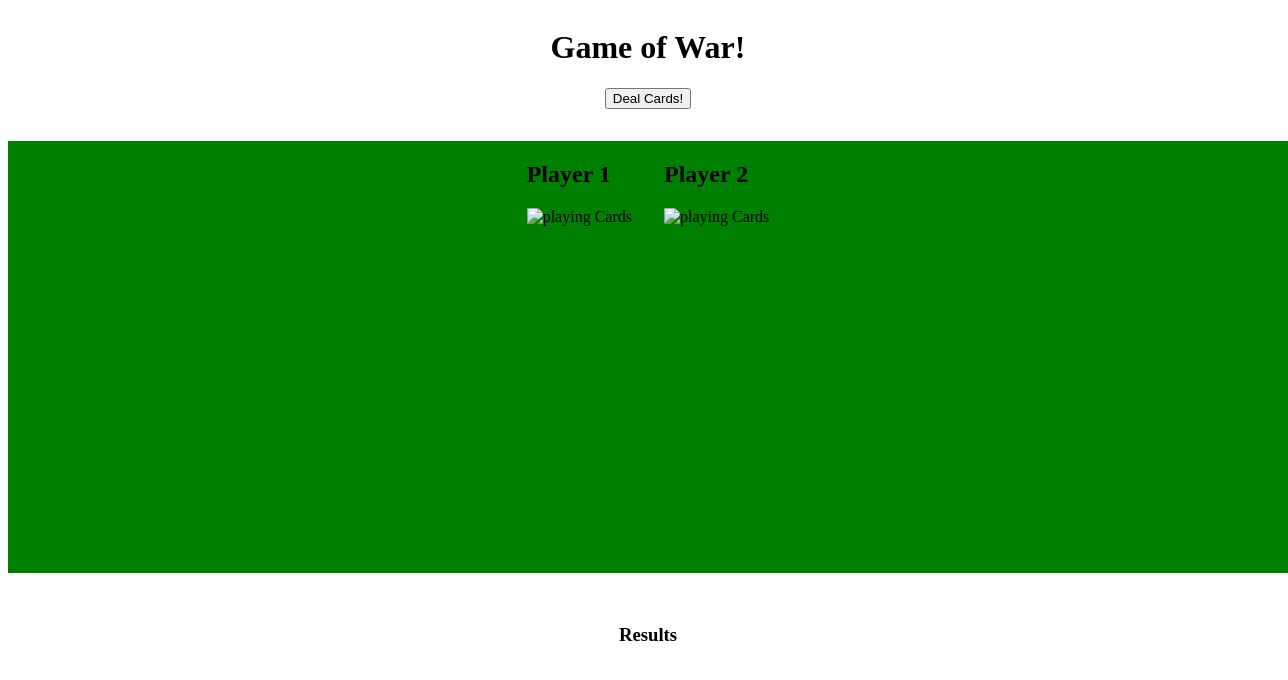
Repository: barroso2223/cakeByG
Page: index.html
An editor plug-in stored every save of this project. The page is shown before and after the next save, followed by the edit.
The browser window is 1280 px wide. The page is 1288 px wide, so the pictures cover 1288 px, including what lies to the right of the window. The pictures show the whole page.

Above is the page before, as saved 2024-10-11 15:21:30.

### index.html
<!DOCTYPE html>
<html lang="en">
<head>
    <meta charset="UTF-8">
    <meta name="viewport" content="width=device-width, initial-scale=1.0">
    <title>Game of War</title>
    <link rel="stylesheet" href="style.css">
</head>
<body>

    <h1>Game of War!</h1>

    <button>Deal Cards!</button>
    <div class="gameTable">
        <div class="players">
            <h2>Player 1</h2>
            <img id="player1" src="" alt="playing Cards">
        </div>
        <div class="players">
            <h2>Player 2</h2>
            <img id="player2" src="" alt="playing Cards">
        </div>
     </div>
     <h3>Results</h3>

    <script type="text/javascript" src="main.js"></script>
</body>
</html>

### style.css
body {
    display: grid;
    place-items: center;
}

.gameTable {
    display: flex;
    justify-content: center;
    align-content: center;
    background: green;
    width: 100dvw;
    height: 60dvh;
    gap: 2rem;
    margin: 2rem auto;
}

.players {
    display: flex;
    flex-direction: column;
}

img {
    width: auto;
    height: 200px;
}

Loaded but not shown: main.js (no copy from this time; the picture is the same without it)

After the next save:
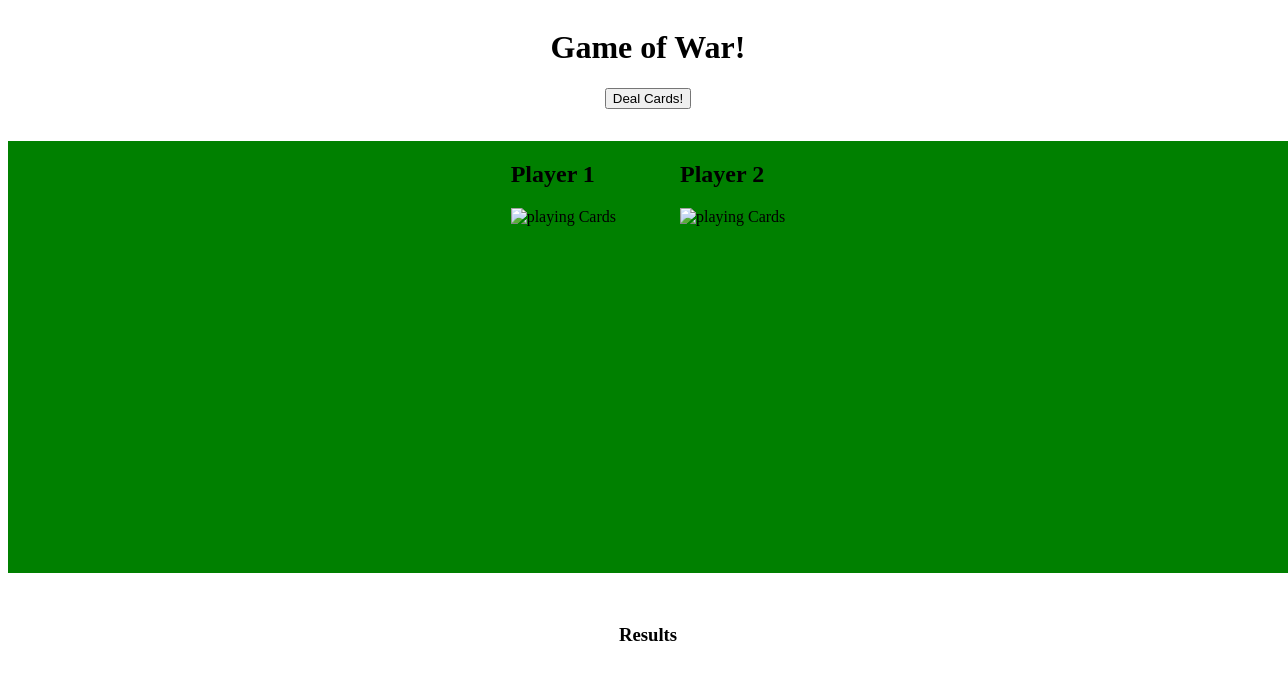
Saved 18 s later.
--- a/style.css
+++ b/style.css
@@ -10,7 +10,7 @@ body {
     background: green;
     width: 100dvw;
     height: 60dvh;
-    gap: 2rem;
+    gap: 4rem;
     margin: 2rem auto;
 }
 
